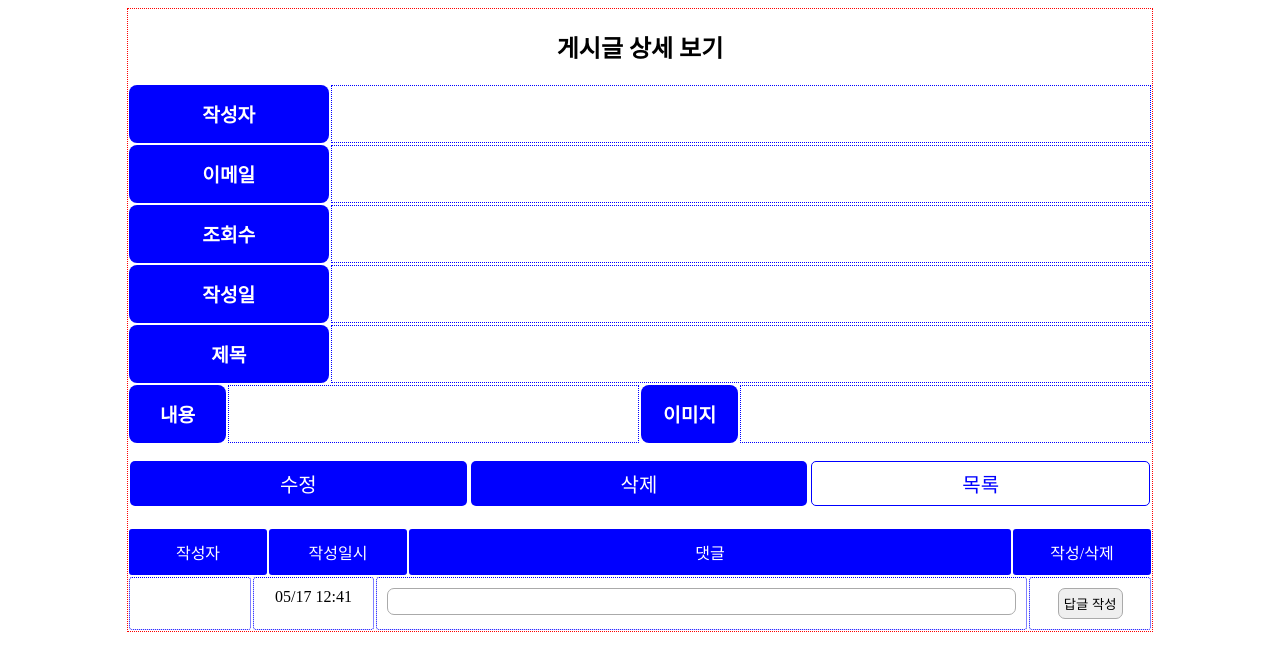
Repository: kkm41/SQL
Page: http://localhost/WEB10_Board/board/boardView.jsp
The author's editor kept a copy of each file at every save. The page is drawn from the files as they stood at one save, then again after the next save.
The browser window is 1280 px wide. The pictures show the whole page.
The page is served by Tomcat 10. The template is opened directly, without the code that normally fills it, so the values that code supplies are empty.

Above is the page before, as saved 2024-05-17 01:59:21.

After the next save:
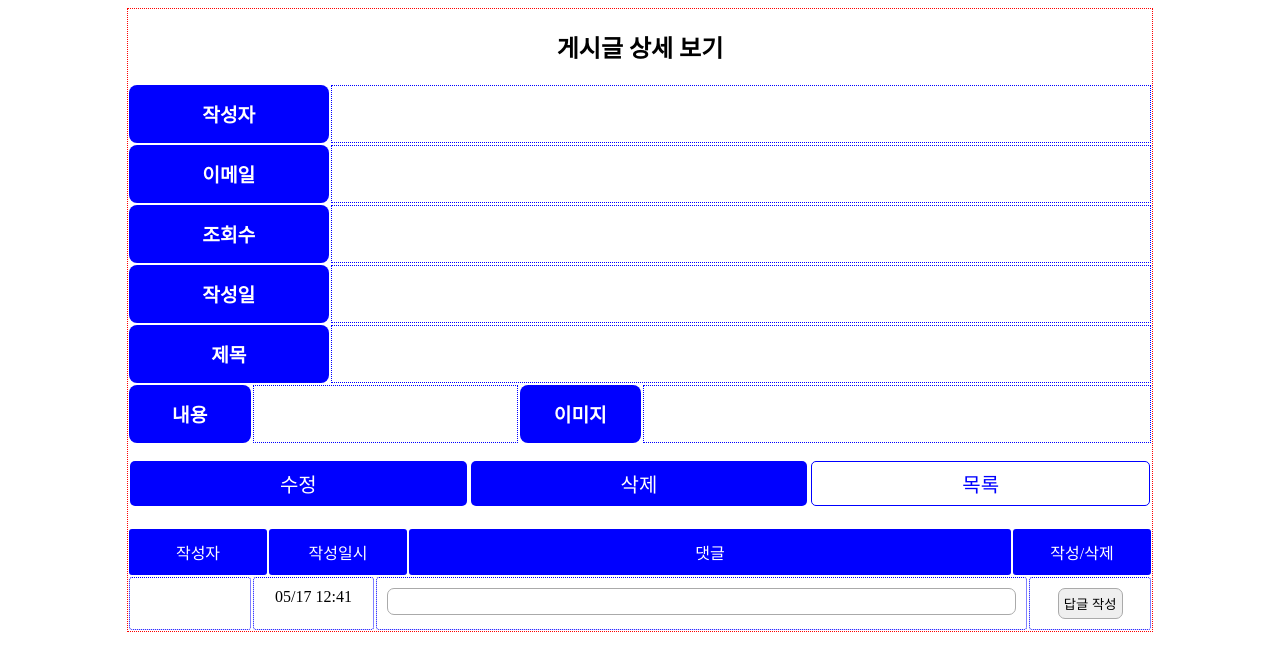
Saved 17 s later.
--- a/workspace/WEB10_Board/src/main/webapp/board/boardView.jsp
+++ b/workspace/WEB10_Board/src/main/webapp/board/boardView.jsp
@@ -37,7 +37,7 @@
 		</div>
 		<div class="field" style="margin-bottom : 15px; ">
 			<div class="label">내용</div>
-			<div class="text" style="font-size:140%;">
+			<div class="text" style="font-size:140%; flex:2;">
 			<pre>${board.content}</pre>
 			</div>
 			<div class="label">이미지</div>
